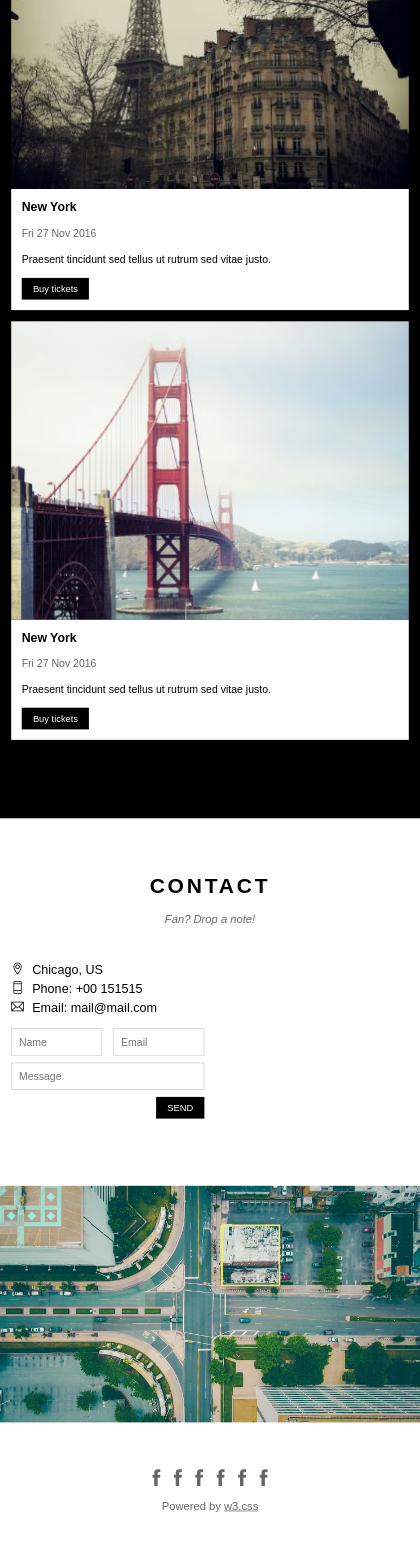
Repository: Bakyproit/the-Band
Page: index.html
These files come from the project's save history. The page is drawn as it stood at one moment and after a run of saves; the edit follows.
The browser window is 600 px wide. The pictures show the part of the page from y = 3240 to 5480 px (the page is 5480 px tall), at 70% of full size.

Above is the page before, as saved 2022-01-03 23:29:00.

### index.html
<!DOCTYPE html>
<html lang="en">
<head>
    <meta charset="UTF-8">
    <meta http-equiv="X-UA-Compatible" content="IE=edge">
    <meta name="viewport" content="width=device-width, initial-scale=1.0">
    <link rel="stylesheet" href="./assets/fonts/themify-icons/themify-icons.css">
    <link rel="stylesheet" href="./assets/css/style.css">
    <link rel="stylesheet" href="./assets/css/reponsive.css">
    <title>The-Band</title>
</head>
<body>

    <div id="main">
        <!-- begin header   -->
        <div id="header">
            <!-- Begin : Nav -->
            <ul id="nav">
                <li>
                    <a href="#">Home</a>
                </li>
                <li><a href="#band">Band</a></li>
                <li><a href="#tour">Tour</a></li>
                <li><a href="#contact">Contact</a></li>
                <li>
                    <a href="#">
                        More
                        <i class="nav-arrow-down ti-angle-down"></i>

                    </a>
                    <ul class="subnav">
                        <li><a href="#">Merchandise</a></li>
                        <li><a href="#">Extras</a></li>
                        <li><a href="#">Media</a></li>
                    </ul>
                </li>
            </ul>
            <!-- End : Nav -->
            <!-- Begin : Search button -->
            <div class="search-btn">
                <i class="search-icon ti-search"></i>
            </div>
            <div class="mobile-menu-btn" id='mobile-menu'>
                <i class="menu-icon ti-menu"></i>
            </div>
            <!-- End : Search button-->


        </div>
        <!-- end header     -->
        <!-- Begin slider== -->
        <div id="slider">
            <div class="text-content">
                <h2 class="text-heading">Chicago</h2>
                <div class="text-description">Thank you, Chicago - A night we won't forget</div>
            </div>

        </div>
        <!-- End slider    -->
        <!-- Begin content -->
        <div id="content">
        <!-- The- band -->
            <div id ="band" class="content-section">
                <h2 class="section-heading">THE BAND</h2>
                <p class="section-sub-heading">We love music</p>
                <p class="about-text">We have created a fictional band website. Lorem ipsum dolor sit amet, consectetur adipiscing elit, sed do eiusmod tempor incididunt ut labore et dolore magna aliqua. Ut enim ad minim veniam, quis nostrud exercitation ullamco laboris nisi ut aliquip ex ea commodo consequat. Duis aute irure dolor in reprehenderit in voluptate velit esse cillum dolore eu fugiat nulla pariatur. Excepteur sint occaecat cupidatat non proident, sunt in culpa qui officia deserunt mollit anim id est laborum consectetur adipiscing elit, sed do eiusmod tempor incididunt ut labore et dolore magna aliqua. Ut enim ad minim veniam, quis nostrud exercitation ullamco laboris nisi ut aliquip ex ea commodo consequat.</p>
                <div class="member-list">
                    <div class="col-third member-item">
                        <p class="member-name">Name</p>
                        <img src="/assets/img/bandmember.jpg" alt="" class="member-img">
                    </div>
                    <div class="col-third member-item">
                        <p class="member-name">Name</p>
                        <img src="/assets/img/bandmember.jpg" alt="" class="member-img">
                    </div>
                    <div class="col-third member-item">
                        <p class="member-name">Name</p>
                        <img src="/assets/img/bandmember.jpg" alt="" class="member-img">
                    </div>

                </div>

            </div>
        <!-- Tour -->
            <div id ="tour" class="tour-section">
                <div class="content-section ">
                    <h2 class="section-heading text-white">TOUR DATES</h2>
                    <p class="section-sub-heading text-white">Remember to book your tickets!</p>
                    <ul class="tickets-list">
                        <li>
                            September
                            <span class="sold-out">Sold out</span>
                        </li>
                        <li>
                            October
                            <span class="sold-out" >Sold out</span>
                        </li>
                        <li>
                            November
                            <span class="quantity" >3</span>
                        </li>
                    </ul>
                    <!-- places - list -->
                    <div class="places-list row">
                        <div class="places-item  col col-third">
                            <img src="/assets/img/play/play1.jpg" alt="" class="places-img">
                            <div class="places-content">
                                <h3 class="places-name">New York</h3>
                                <p class="places-time">Fri 27 Nov 2016</p>
                                <p class="places-title">Praesent tincidunt sed tellus ut rutrum sed vitae justo.</p>
                                <button  class="btn js-buy-tickets ">Buy tickets</button>
                            </div>
                        </div>
                        <div class="places-item  col col-third ">
                            <img src="/assets/img/play/play2.jpg" alt="" class="places-img">
                            <div class="places-content">
                                <h3 class="places-name">New York</h3>
                                <p class="places-time">Fri 27 Nov 2016</p>
                                <p class="places-title">Praesent tincidunt sed tellus ut rutrum sed vitae justo.</p>
                                <button  class="btn js-buy-tickets ">Buy tickets</button>
                            </div>
                        </div>
                        <div class="places-item  col col-third">
                            <img src="/assets/img/play/play3.jpg" alt="" class="places-img">
                            <div class="places-content">
                                <h3 class="places-name">New York</h3>
                                <p class="places-time">Fri 27 Nov 2016</p>
                                <p class="places-title">Praesent tincidunt sed tellus ut rutrum sed vitae justo.</p>
                                <button  class="btn js-buy-tickets ">Buy tickets</button>
                            </div>
                        </div>
                    </div>
                </div>
            </div>
        <!--    Contact -->
            <div id ="contact" class="content-section">
                <h2 class="section-heading ">CONTACT</h2>
                <p class="section-sub-heading ">Fan? Drop a note!</p>
                <!-- contact - content -->
                <div class="row contact-content">
                    <div class="col col-half contact-info">
                        <p><i class="ti-location-pin"></i>Chicago, US</p>
                        <p><i class="ti-mobile"></i>Phone: +00 151515</p>
                        <p><i class="ti-email"></i>Email: mail@mail.com</p>
                    </div>
                    <div class="col col-half contact-form">
                        <form action="">
                            <div class="row flex">
                                <div class="col col-half">
                                    <input type="text" name="" placeholder="Name" required id="" class="form-control">
                                </div>
                                <div class="col col-half">
                                    <input type="email" name="" placeholder="Email" required  id="" class="form-control">
                                </div>
                            </div>

                            <div class="row ">
                                <div class="col col-full">
                                    <input type="text" name="" placeholder="Message" required id="" class="form-control">
                                </div>
                            </div>
                            <input type="submit" value="SEND" class="btn pull-right">
                        </form>
                    </div>
                </div>
            </div>
        <!-- map -->
            <div class="map-section">
                <img src="./assets/img/map.jpg" alt="Map">
            </div>

        </div>
        <!-- End content -->
        <!-- Begin footer -->
        <div id="footer">
            <div class="social-list">
                <a href=""><i class="ti-facebook"></i></a>
                <a href=""><i class="ti-facebook"></i></a>
                <a href=""><i class="ti-facebook"></i></a>
                <a href=""><i class="ti-facebook"></i></a>
                <a href=""><i class="ti-facebook"></i></a>
                <a href=""><i class="ti-facebook"></i></a>
            </div>
            <p class="copy-right">Powered by <a href="">w3.css</a></p>
        </div>
        <!-- end-footer -->
        <!-- modal -->
        <div class="modal js-modal">
            <div class="modal-container js-modal-container">
                <div class="modal-close js-modal-close">
                    <i class="ti-close"></i>
                </div>
                <!-- header -->
                <header class="modal-header">
                    <i class="ti-bag"></i>
                    Tickets
                </header>
                <!-- body -->
                <div class="modal-body">
                    <label for="ticket-quantity" class="model-label">
                        <i class="ti-shopping-cart"></i>
                        Tickets, $15 per person
                    </label>
                    <input id="ticket-quantity" type="text" class="modal-input" placeholder="Howmany ?">


                    <label for="ticket-email" class="model-label">
                        <i class="ti-user"></i>
                        Send To
                    </label>
                    <input id= "ticket-email" type="text" class="modal-input" placeholder="Enter email ?">

                    <button class="buy-tickets">
                        Pay
                        <i class="ti-check"></i>
                    </button>
                </div>
                <footer class="modal-footer">
                    <p class="modal-help">Need <a href="">help?</a></p>
                </footer>
            </div>
        </div>
        <!-- end modal -->
        <!-- javascript -->
        <script>
            const buyBtns = document.querySelectorAll('.js-buy-tickets')
            const modal = document.querySelector('.js-modal')
            const modalClose = document.querySelector('.js-modal-close')
            const modalContainer =document.querySelector('.js-modal-container')
            function buyTickets(){
                modal.classList.add('open')
            }
            function hiddenBuyTickets(){
                modal.classList.remove('open')
            }


            for(const buyBtn of buyBtns){
                buyBtn.addEventListener('click' ,buyTickets )
            }
            modalClose.addEventListener('click' , hiddenBuyTickets)
            modal.addEventListener('click' , hiddenBuyTickets)
            modalContainer.addEventListener('click' , function (event){
                event.stopPropagation()
            })


            // dong mo menu
            var header = document.getElementById('header') ;
            var mobileMenu = document.getElementById('mobile-menu') ;
            var headerHeight = header.clientHeight ;
            mobileMenu.onclick= function(){
                // console.log(header.clientHeight);
                var isClosed = header.clientHeight === headerHeight ;
                if(isClosed){
                    header.style.height = 'auto' ;
                }else {
                    header.style.height = null ;
                }
            }
            //  tu dong dong khi chon menu
            var menuItems = document.querySelectorAll('#nav li a[href*="#"]') ;
            console.log(menuItems) ;
            for(var i = 0;i < menuItems.length ;i++) {
                var menuItem = menuItems[i] ;

                menuItem.onclick = function(event){
                    // kiem tra ae lien ke no
                    var isParentMenu = this.nextElementSibling &&
                            this.nextElementSibling.classList.contains('subnav') ;
                    if(isParentMenu){
                        event.preventDefault() ;
                    }else{
                        header.style.height = null ;
                    }
                }
            }

        </script>
        <!-- javascript -->
    </div>
</body>
</html>



<!-- hang row -->

### assets/css/style.css
/*
Reset css
*/
*{
    padding: 0;
    margin:  0;
    box-sizing: border-box;
}
html {
    font-family: Arial, Helvetica, sans-serif;
    scroll-behavior: smooth;
}
#main {

}
.text-white{
    color:#fff !important;
}
.btn{
    display: inline-block;
    text-decoration: none;
    padding: 8px 16px;
    color: #fff;
    background-color: #000;
    border : none  ;
}
.btn:hover{
    color: #000!important;
    background-color: #ccc!important;
    cursor: pointer;
}

.pull-right{
    float: right !important ;
}
.flex{
    display: flex;
    flex-wrap: wrap;
}

.row {
    margin-left: -8px;
    margin-right: -8px;
}
.col {
    padding-left: 8px;
    padding-right: 8px;
}
.col-third{
    width: 33.33333%;
}
.col-half{
    width: 50%;
}
.col-full{
    width: 100%;
}
/* =====header===== */
#header {
    height: 46px;
    background-color: #000;
    position: fixed;
    top : 0 ;
    right: 0;
    left : 0;
    z-index: 1;
}
#nav{
    display: inline-block;
}
#nav .subnav {
    list-style-type: none;
}
/* nav */
#nav > li{
    display: inline-block;
    position: relative;
}
#nav li a{
    display: inline-block;
    color : #fff ;
    text-decoration: none;
    line-height: 46px;
    padding: 0px 24px;
    text-transform: uppercase;
}
#nav > li:hover > a,
#nav .subnav li:hover a{
    color : #000 ;
    background-color: #ccc;
}
/*     subnav */
#nav .subnav{
    display: none;
    position: absolute;
    top:100% ;
    background-color: #fff;
    /* bong do */
    box-shadow: 0 0 10px rgba(0, 0, 0,0.5) ;
    min-width: 160px;
}
#nav li:hover .subnav {
    display: block ;
}

#nav .subnav  a{
    display:  block;
    color: #000;
    padding: 0 12px;
    line-height: 38px;
}
#nav .nav-arrow-down{
    font-size: 14px;
}
.mobile-menu-btn{
    position: absolute;
    top: 0;
    right: 0;
}
.mobile-menu-btn,
#header .search-btn{
    float: right;
    padding: 0 21px;
}

#header .search-btn:hover{
    cursor: pointer;
    background-color:#f44336 ;
}
#header .mobile-menu-btn:hover {
    background-color:#ccc ;
}
#header .mobile-menu-btn:hover .menu-icon{
    color: #000;
}
#header .menu-icon ,
#header .search-icon{
    color : #fff ;
    font-size: 20px;
    line-height: 46px;
}


/* ====end header=======                 */
/*      Begin slider                     */
#slider {
    margin-top: 46px;
    padding-top:50%;
    /* luon bang 50% chieu rong */
    background: url('/assets/img/slider/slider1.jpg') top center / cover no-repeat;
    position: relative;
}
#slider .text-content{
    position: absolute;
    bottom: 48px;
    left:50%;
    color:#fff ;
    transform: translateX(-50%);
    text-align: center;

}
#slider .text-heading{
    margin:  0 0 25px 0 ;
    font-weight: 500px;
    font-size: 24px;
}
#slider .text-description{
    font-size: 15px;
}
/*    End slider                     */
/*    Begin content                  */
#content {
    color : #000 ;
}
#content .content-section{
    width: 800px;
    max-width: 100%;
    margin-left: auto;
    margin-right: auto;
    padding: 64px 16px;

}
#content .section-heading{
    margin: 10px 0;
    font-size: 30px;
    text-align: center;
    font-weight: 400px;
    letter-spacing: 4px;
    line-height: 45px;
}
#content .section-sub-heading{
    margin:15px 0 ;
    text-align: center;
    font-style: italic;
    opacity: 0.6;
    line-height: 22px;
}
/*             About                   */
#content .about-text{
    margin: 15px 0 ;
    font-size: 14px;
    text-align: justify ;
    line-height: 1.6;

}
#content .member-list{
    padding: 32px 0 ;
    display: flex;
    flex-wrap: wrap;
    text-align: center;
}

#content  .member-name{
    margin: 15px 0;
    font-size: 15px;
    line-height: 22px;
}
#content  .member-img{
    margin-bottom: 10px;
    width: 154px;
    border-radius: 4px;
}

/*                   Tour                        */
.tour-section{
    background-color: black;
    color:#fff ;
}
.tour-section .tickets-list li{
    list-style: none;
    color: #757575;
    padding: 8px 16px;
    font-size: 15px;
    line-height: 22px;
    background-color: #fff;
    border-bottom: 1px solid #ddd;
}
.tour-section  .sold-out{
    display: inline-block;
    background-color: #f44336;
    padding: 0 8px;
    margin-left:16px;
}
.tour-section .quantity{
    display: inline-block;
    padding: 0 8px;
    margin-right: 16px;
    background-color: #333;
    color:#fff ;
    border-radius: 50%;
    float: right;
}

.places-list{
    display: flex;
    flex-wrap: wrap;
    color: #000;
    font-size: 15px;
    padding: 32px 0 ;
}
.places-item{
    margin-bottom: 16px;
}

.places-img{
    width: 100%;
    display: block;
}
.places-img:hover{
    opacity: 0.6;
}
.places-content{
    padding: 15px;
    line-height: 22px;
    background-color: #fff;
}
.places-name{
}
.places-time{
    margin-top: 15px ;
    opacity: 0.6;
}
.places-title{
    margin: 15px 0 ;
    line-height: 1.5;
}




/*                  contact            */

.contact-content{
    display: flex;
    flex-wrap: wrap;
    padding-bottom: 32px  ;
    padding-top: 32px;
}
.contact-info{
    font-size: 18px;
    line-height: 1.5;
}
.contact-info i[class*="ti-"]{
    display: inline-block;
    width: 30px;

}

.contact-form .form-control{
    font-size: 15px;
    padding: 10px ;
    border : 1px solid #ccc ;
    width: 100%;
    margin-bottom: 10px;
}
/*                      Map-section                        */
.map-section img {
    width: 100%;
}


/*                      end content                 */
/*                      Begin footer                */

#footer {
    padding: 64px 16px;
    text-align: center;
}
#footer .social-list{
    font-size: 24px;

}
#footer .social-list a {
    text-decoration: none;
    color: rgba(0, 0, 0,0.6);

}
#footer .social-list a:hover{
    color: rgba(0, 0, 0,0.4);
}
#footer .copy-right{
    margin: 15px  0 ;
    color: rgba(0, 0, 0,0.6);
}
#footer .copy-right a{
    color: rgba(0, 0, 0,0.6);
}
/*                         end footer                */
/*                         modal                   */
.modal{
    position: fixed;
    top:0;
    right: 0 ;
    bottom: 0;
    left: 0;
    background: rgba(0,0,0,0.4);
    align-items: center;
    justify-content: center;
    display: none;
}
.modal.open{
    display: flex;
}
.modal-container{
    background-color: #fff;
    width: 900px;
    min-height: 300px;
    position: relative;
    animation: modalFaceIn ease .6s;
}
.modal-close {
    position: absolute;
    top: 0;
    right: 0;
    padding: 8px 16px;
    line-height: 36px;
    color:#fff ;
}
.modal-close:hover{
    color:#000 ;
    background: #ccc;
    opacity: 0.6;
}
.modal-header{
    background-color: #009688;
    height: 130px;
    font-size: 30px ;
    color:#fff ;
    display: flex;
    align-items: center;
    justify-content: center;
    padding: 32px 16px;
}
.modal-header i {
    margin-right: 20px;
}
.modal-body{
    padding: 0 16px ;
    margin-top: 15px;
}
.model-label{
    display: block;
    font-size: 15px;
    color: #000;
    padding: 2.5px 0;

}
.modal-input {
    padding: 11.5px 8px;
    border : 1px solid #ccc ;
    width: 100%;
    margin: 15px 0;
}

.buy-tickets{
    background-color: #009688;
    padding:18.5px 16px;
    margin-bottom: 16px;
    width: 100%;
    font-size: 15px;
    border :0 ;
}

.buy-tickets:hover{
    color:#000 ;
    background: #ccc;
}


.modal-footer{
    display: inline-block;
    margin: 15px 0;
    padding: 2.5px 16px ;
    font-size: 15px;
    float: right;
}
.modal-footer .modal-help{
}
.modal-footer a{
    color :#2196F3 ;
}



@keyframes modalFaceIn{

    from{
        opacity: 0;
        transform: translateY(-140px);
    }
    to{
        opacity: 1;
        transform: translateY(0);
    }
}

### assets/css/reponsive.css


/* mobile */
@media (max-width:739px) {
    /* header */
    #header {
        overflow: hidden;
    }
    #header .search-btn{
        display: none;
    }
    #nav {
        display: block;
    }
    #nav > li{
        display: block;
    }
    #nav > li:first-child{
        display: inline-block;
    }
    #nav li a {
        display: block;
    }
    #nav .subnav{
        position: inherit;
        background-color: #333;
    }
    #nav .subnav  a{
        color:#fff ;
        padding: 5px 41px;
    }
    /* content */
    #content .member-item{
        width: 100%;
        margin-top: 30px;
    }
    #content  .member-img{
        width: 60%;
    }
    /* places */
    .places-list .places-item{
        width: 100%;
    }
    /* contact */
    .contact-info{
        width: 100%;
        margin-bottom: 16px;
    }
    .contact-form
}

/* tablet */
@media (min-width:740px) and (max-width:1023px) {
    .mobile-menu-btn {
        display: none;
    }
}

/* PC */
@media (min-width:1024px) {
    .mobile-menu-btn {
        display: none;
    }
}

Loaded but not shown: assets/fonts/themify-icons/themify-icons.css (common file)

After the next 2 saves:
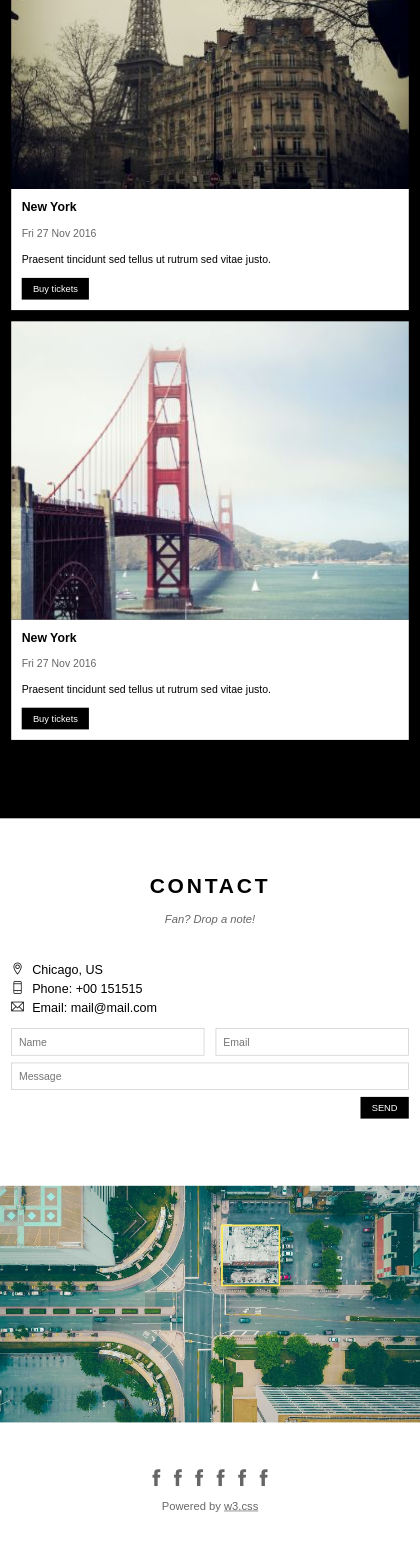
The 2 saves are shown as one change because they came seconds apart.
The last was saved 7 s later.
--- a/assets/css/reponsive.css
+++ b/assets/css/reponsive.css
@@ -46,7 +46,9 @@
         width: 100%;
         margin-bottom: 16px;
     }
-    .contact-form
+    .contact-form{
+        width: 100%;
+    }
 }
 
 /* tablet */
